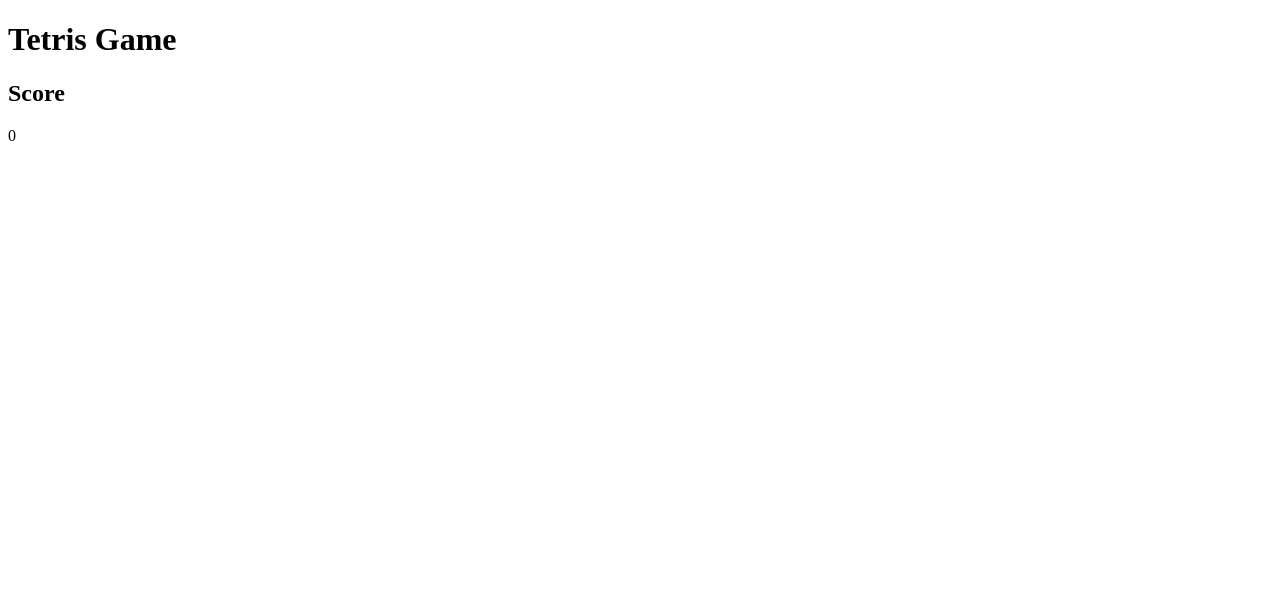
Repository: nlbien22/games
Page: Tetris/index.html
These files come from the project's save history. The page is drawn as it stood at one moment and after the next save; the edit follows.
The browser window is 1280 px wide. The pictures show the whole page.

Above is the page before, as saved 2024-11-14 21:45:25.
Console error: ReferenceError: canvas is not defined

### Tetris/index.html
<!DOCTYPE html>
<html lang="en">
<head>
    <meta charset="UTF-8">
    <meta name="viewport" content="width=device-width, initial-scale=1.0">
    <title>Tetris</title>
</head>
<body>
    <h1>Tetris Game</h1>
    <div class="score-box">
        <h2>Score</h2>
        <p id="score">0</p>
    </div>
    <div class="game">
        <canvas id="tetris" width="240" height="400">
        </canvas>
    </div>
    <script src="script.js"></script>
</body>
</html>

### Tetris/script.js
const vanvas = document.getElementById('tetris');
const context = canvas.getContext('2d');

const ROW = 20;
const COL = 10;
const SQ = 40;
const COLOR = 'WHITE';

function drawSquare(x, y, color) {
    context.fillStyle = color;
    context.fillRect(x * SQ, y * SQ, SQ, SQ);
    context.strokeStyle = 'BLACK';
    context.strokeRect(x * SQ, y * SQ, SQ, SQ);
}

let board = [];
for (let r = 0; r < ROW; r++) {
    board[r] = [];
    for (let c = 0; c < COL; c++) {
        board[r][c] = COLOR;
    }
}

function drawBoard() {
    for (let r = 0; r < ROW; r++) {
        for (let c = 0; c < COL; c++) {
            drawSquare(c, r, board[r][c]);
        }
    }
}

drawBoard();

After the next save:
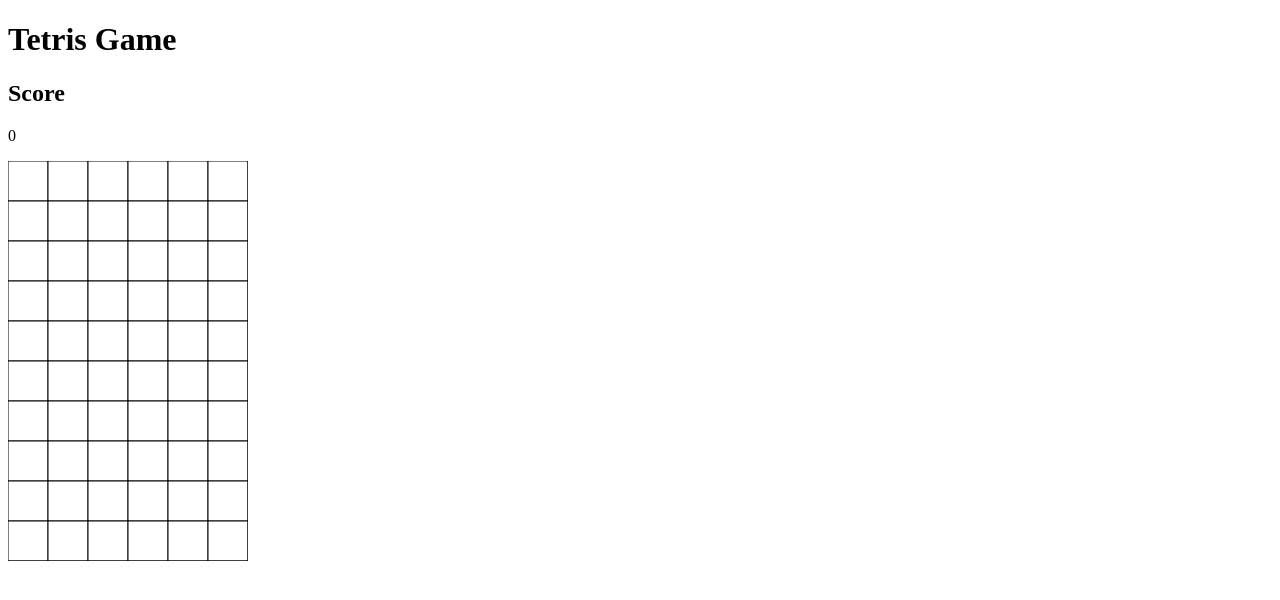
The error is gone.
Saved 2 min 11 s later.
--- a/Tetris/script.js
+++ b/Tetris/script.js
@@ -1,4 +1,4 @@
-const vanvas = document.getElementById('tetris');
+const canvas = document.getElementById('tetris');
 const context = canvas.getContext('2d');
 
 const ROW = 20;
